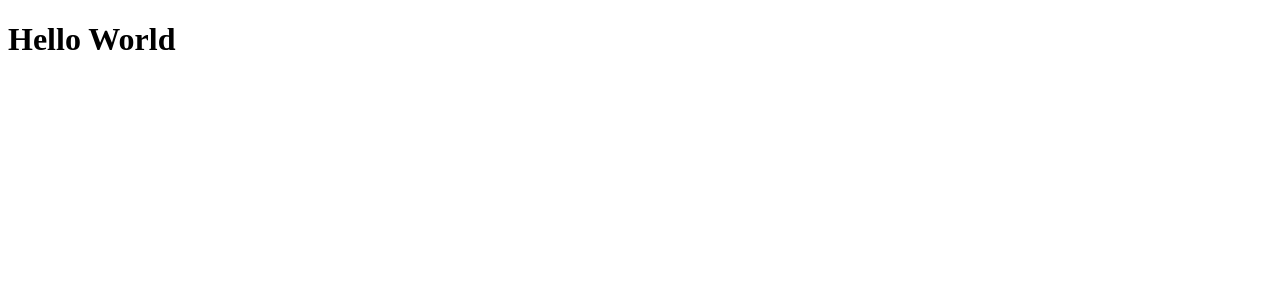
Repository: JoseGu1llardi/ignite-timer
Page: /
An editor plug-in stored every save of this project. The page is shown before and after the next save, followed by the edit.
The browser window is 1280 px wide. The pictures show the whole page.
The project was rebuilt for these pictures with package versions that can differ from the ones it lists, and the page was loaded fresh each time. Also part of the build but not shown: vite.config.ts.

Above is the page before, as saved 2023-03-17 11:05:18.

After the next save:
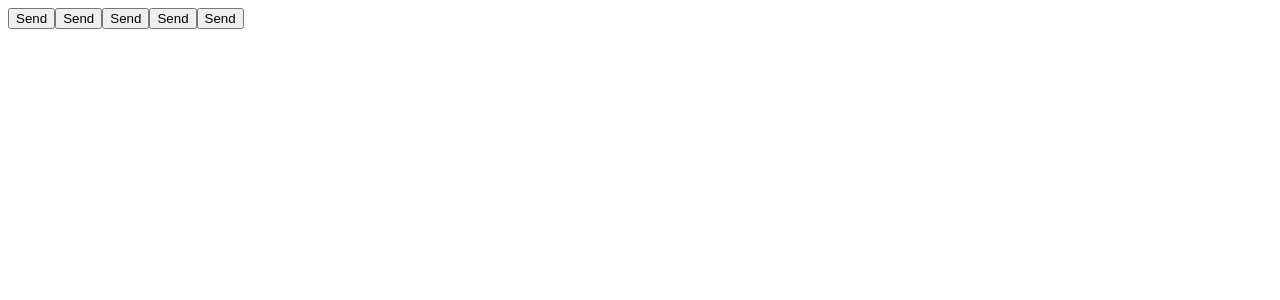
Saved 43 s later.
--- a/src/App.tsx
+++ b/src/App.tsx
@@ -1,8 +1,13 @@
+import { Button } from "./components/Button";
 
 export function App() {
   return (
-    <div>
-      <h1>Hello World</h1>
-    </div>
+    <>
+      <Button color="primary" />
+      <Button color="secondary" />
+      <Button color="danger" />
+      <Button color="success" />
+      <Button />
+    </>
   )
 }
